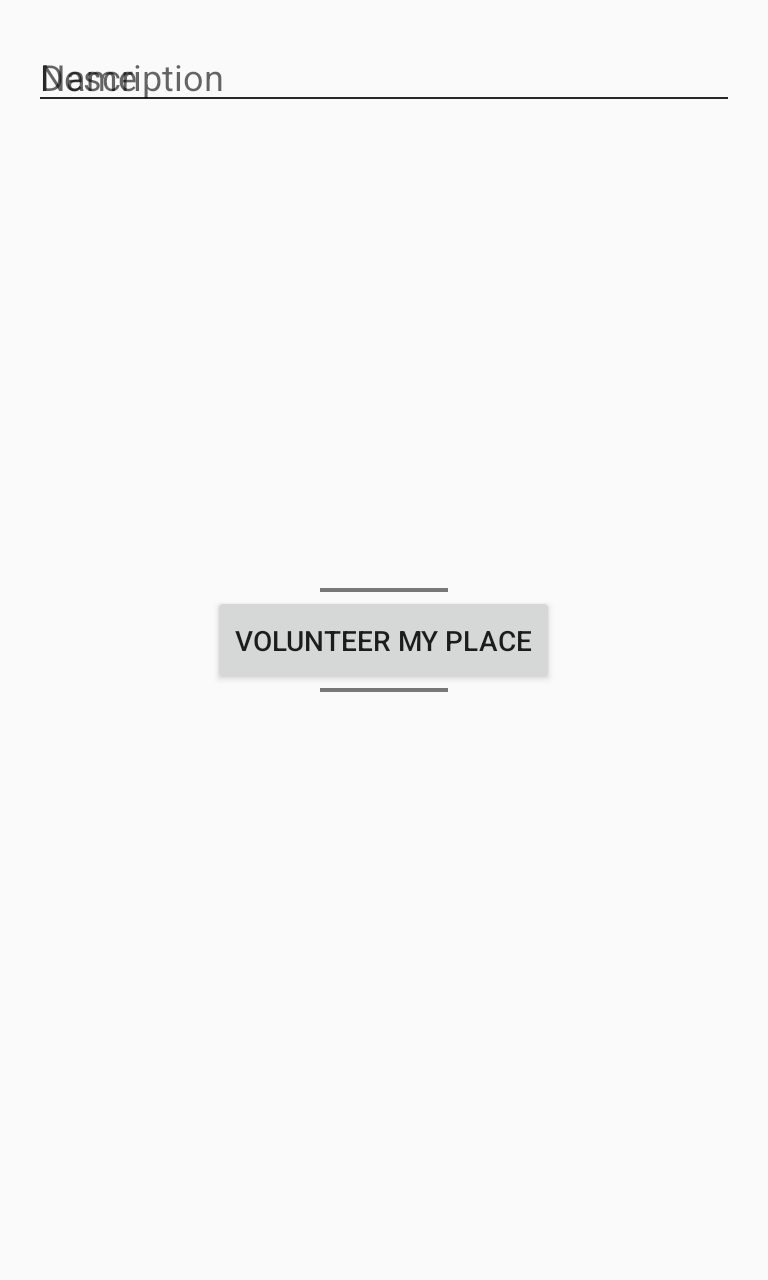
Repository: ckskylight/HackMIT-2014
Layout: HelpMe/res/layout/help_others.xml
An editor plug-in stored every save of this project. The layout is shown before and after the next save, followed by the edit.
It is drawn on a 768 x 1280 px phone screen (xhdpi) without system bars, with theme AppTheme; the app's code is not run.

Above is the layout before, as saved 2014-10-05 09:21:39.

After the next save:
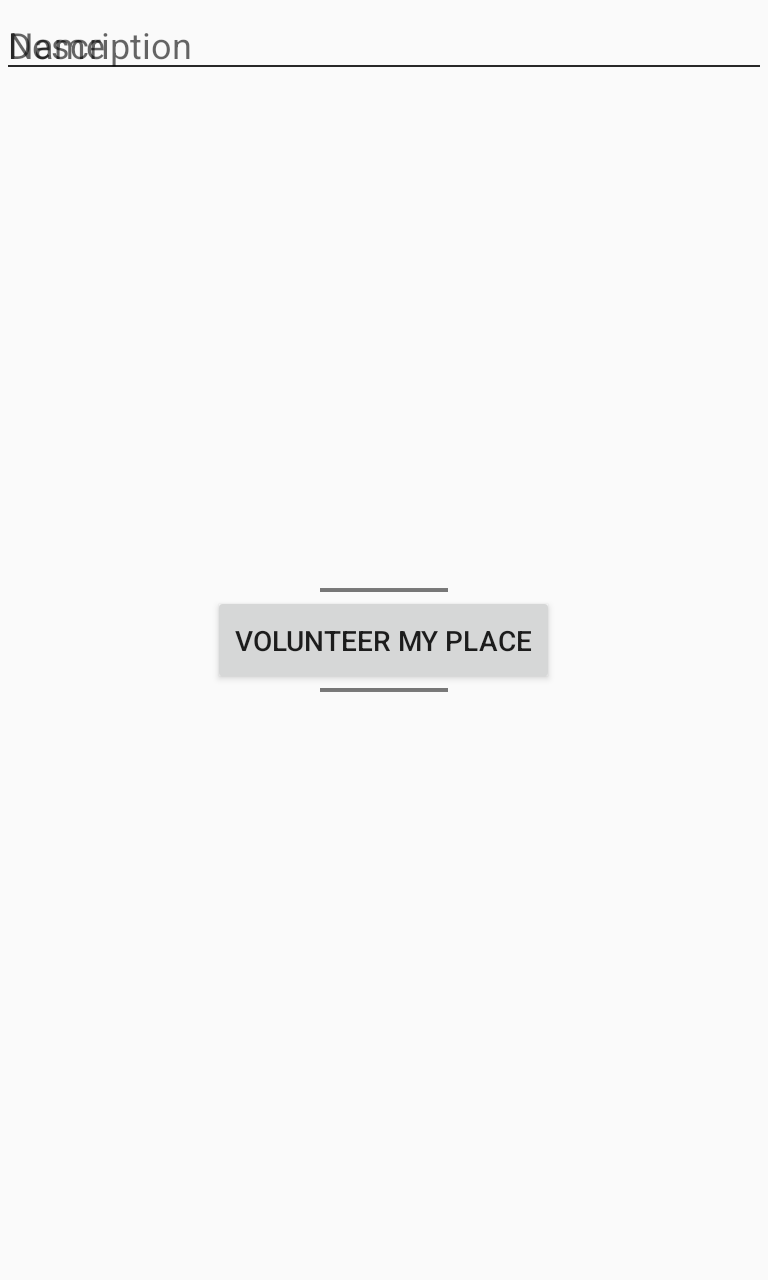
Saved 62 s later.
--- a/HelpMe/res/layout/help_others.xml
+++ b/HelpMe/res/layout/help_others.xml
@@ -1,12 +1,6 @@
 <RelativeLayout xmlns:android="http://schemas.android.com/apk/res/android"
     xmlns:tools="http://schemas.android.com/tools"
-    android:layout_width="match_parent"
-    android:layout_height="match_parent"
-    android:paddingBottom="@dimen/activity_vertical_margin"
-    android:paddingLeft="@dimen/activity_horizontal_margin"
-    android:paddingRight="@dimen/activity_horizontal_margin"
-    android:paddingTop="@dimen/activity_vertical_margin"
-    tools:context="com.example.helpme.MainActivity$PlaceholderFragment" >
+    tools:context="com.example.helpme.MainActivity$HelpOthersFragment" >
 
     <TextView
         android:id="@+id/section_label"
